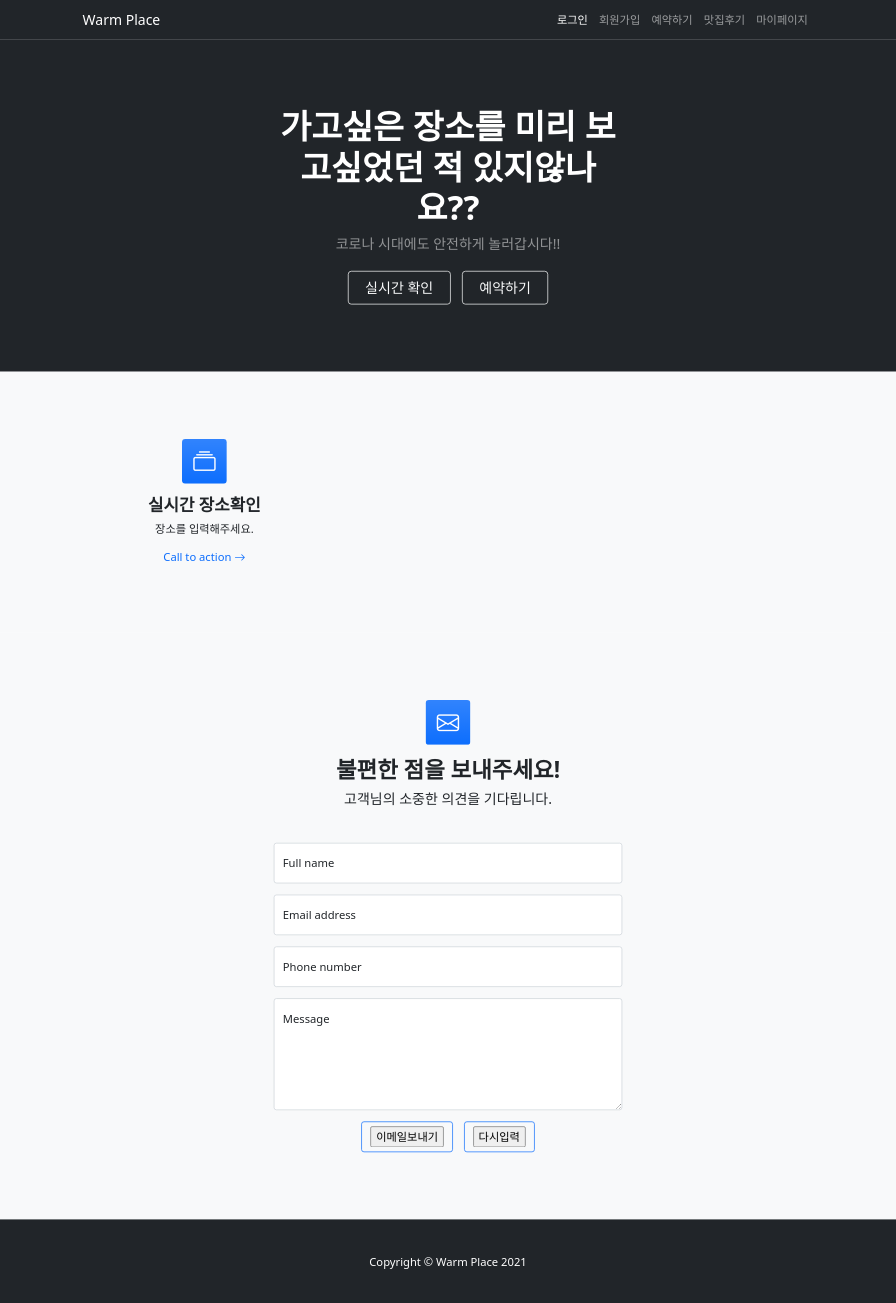
Repository: jaunnnngs/HackaTone
Page: http://localhost/StunProjects/St_Join/main.jsp
These files come from the project's save history. The page is drawn as it stood at one moment and after the next save; the edit follows.
The browser window is 1280 px wide. The pictures show the whole page, at 70% of full size.
Some web libraries are served in a nearby version. The page is served by Tomcat 9. Other server files are loaded and not shown.

Above is the page before, as saved 2021-08-05 08:29:49.

### STUN_TEAM/StunProjects/src/main/webapp/St_Join/main.jsp
<%@ page language="java" contentType="text/html; charset=UTF-8" pageEncoding="UTF-8"%>
<!DOCTYPE html>
<html>
    <head>
        <meta charset="utf-8" />
        <meta name="viewport" content="width=device-width, initial-scale=1, shrink-to-fit=no" />
        <meta name="description" content="" />
        <meta name="author" content="" />
        <title>Warm Place_main</title>
        <!-- Favicon-->
        <link rel="icon" type="image/x-icon" href="assets/favicon.ico" />
        <!-- Bootstrap icons-->
        <link href="https://cdn.jsdelivr.net/npm/bootstrap-icons@1.4.1/font/bootstrap-icons.css" rel="stylesheet" />
        <!-- Core theme CSS (includes Bootstrap)-->
        <link href="css/styles.css" rel="stylesheet" />
    </head>
    <body>
   <%
	// 현재 세션 상태를 체크한다
	String userID = null;
	if (session.getAttribute("userID") != null) {
		userID = (String) session.getAttribute("userID");
	}
	%>

        <!-- Responsive navbar-->
        <nav class="navbar navbar-expand-lg navbar-dark bg-dark">
            <div class="container px-5">
                <a class="navbar-brand" href="../St_Join/main.jsp">Warm Place</a>
                <button class="navbar-toggler" type="button" data-bs-toggle="collapse" data-bs-target="#navbarSupportedContent" aria-controls="navbarSupportedContent" aria-expanded="false" aria-label="Toggle navigation"><span class="navbar-toggler-icon"></span></button>
                 <div class="collapse navbar-collapse" id="navbarSupportedContent">
                 <%
					// 로그인 하지 않았을 때 보여지는 화면
					if(userID == null){
				%>
                    <ul class="navbar-nav ms-auto mb-2 mb-lg-0">
                        <li class="nav-item"><a class="nav-link active" aria-current="page" href="../St_board/login.jsp">로그인</a></li>
                        <li class="nav-item"><a class="nav-link" href="../St_Join/st_userJoin.jsp">회원가입</a></li>
                        <li class="nav-item"><a class="nav-link" href="../St_Reservation/map.jsp">예약하기</a></li>
                        <li class="nav-item"><a class="nav-link" href="../St_board/bbs.jsp">맛집후기</a></li>
                        <li class="nav-item"><a class="nav-link" href="#!">마이페이지</a></li>
                    </ul>
				<%
				// 로그인이 되어 있는 상태에서 보여주는 화면
					}else{
				%>
                    <ul class="navbar-nav ms-auto mb-2 mb-lg-0">
                        <li class="nav-item"><a class="nav-link active" aria-current="page" href="../St_board/logoutAction.jsp">로그아웃</a></li>
                        <li class="nav-item"><a class="nav-link" href="../St_Join/st_userJoin.jsp">회원가입</a></li>
                        <li class="nav-item"><a class="nav-link" href="../St_Reservation/map.jsp">예약하기</a></li>
                        <li class="nav-item"><a class="nav-link" href="../St_board/bbs.jsp">맛집후기</a></li>
                        <li class="nav-item"><a class="nav-link" href="#!">마이페이지</a></li>
                    </ul>
                    <%
				}
			%>
                </div>
            </div>
        </nav>

	    <!-- Header-->
        <header class="bg-dark py-5">
            <div class="container px-5">
                <div class="row gx-5 justify-content-center">
                    <div class="col-lg-6">
                        <div class="text-center my-5">
                            <h1 class="display-5 fw-bolder text-white mb-2">가고싶은 장소를 미리 보고싶었던 적 있지않나요??</h1>
                            <p class="lead text-white-50 mb-4">코로나 시대에도 안전하게 놀러갑시다!!</p>
                            <div class="d-grid gap-3 d-sm-flex justify-content-sm-center">
                                <a class="btn btn-outline-light btn-lg px-4" href="#features">실시간 확인</a>
                                <a class="btn btn-outline-light btn-lg px-4" href="../St_Reservation/map.jsp">예약하기</a>
                            </div>
                        </div>
                    </div>
                </div>
            </div>
        </header>
        <!-- Features section-->
        <section class="bg-light py-5 center" id="features">
            <div class="container px-5 my-5 px-5">
                <div class="text-center mb-5">
                    <div class="col-lg-4 mb-5 mb-lg-0">
                        <div class="feature bg-primary bg-gradient text-white rounded-3 mb-3"><i class="bi bi-collection"></i></div>
                        <h2 class="h4 fw-bolder">실시간 장소확인</h2>
                        <p>장소를 입력해주세요.</p>
                        <a class="text-decoration-none" href="#!">
                            Call to action
                            <i class="bi bi-arrow-right"></i>
                        </a>
                    </div>

                </div>
            </div>
        </section>


        <!-- Contact section-->
        <section class="bg-light py-5">
            <div class="container px-5 my-5 px-5">
                <div class="text-center mb-5">
                    <div class="feature bg-primary bg-gradient text-white rounded-3 mb-3"><i class="bi bi-envelope"></i></div>
                    <h2 class="fw-bolder">불편한 점을 보내주세요!</h2>
                    <p class="lead mb-0">고객님의 소중한 의견을 기다립니다.</p>
                </div>
                <div class="row gx-5 justify-content-center">
                    <div class="col-lg-6">
                        <!-- * * * * * * * * * * * * * * *-->
                        <!-- * * SB Forms Contact Form * *-->
                        <!-- * * * * * * * * * * * * * * *-->
                        <!-- This form is pre-integrated with SB Forms.-->
                        <!-- To make this form functional, sign up at-->
                        <!-- https://startbootstrap.com/solution/contact-forms-->
                        <!-- to get an API token!-->

                            <form action="./main_mailaction.jsp"method="post" id="contactForm" data-sb-form-api-token="API_TOKEN">

                            <!-- Name input-->
                            <div class="form-floating mb-3">
                                <input class="form-control" id="name" type="text" placeholder="Enter your name..." data-sb-validations="required" />
                                <label for="name">Full name</label>
                                <div class="invalid-feedback" data-sb-feedback="name:required">A name is required.</div>
                            </div>
                            <!-- Email address input-->
                            <div class="form-floating mb-3">
                                <input class="form-control" id="email" type="email" placeholder="name@example.com" data-sb-validations="required,email" />
                                <label for="email">Email address</label>
                                <div class="invalid-feedback" data-sb-feedback="email:required">An email is required.</div>
                                <div class="invalid-feedback" data-sb-feedback="email:email">Email is not valid.</div>
                            </div>
                            <!-- Phone number input-->
                            <div class="form-floating mb-3">
                                <input class="form-control" id="phone" type="tel" placeholder="(123) 456-7890" data-sb-validations="required" />
                                <label for="phone">Phone number</label>
                                <div class="invalid-feedback" data-sb-feedback="phone:required">A phone number is required.</div>
                            </div>
                            <!-- Message input-->
                            <div class="form-floating mb-3">
                                <textarea class="form-control" id="message" type="text" placeholder="Enter your message here..." style="height: 10rem" data-sb-validations="required"></textarea>
                                <label for="message">Message</label>
                                <div class="invalid-feedback" data-sb-feedback="message:required">A message is required.</div>
                            </div>
                            <!-- 제출 성공시 뜨는 메세지-->
                            <!---->
                            <!-- This is what your users will see when the form-->
                            <!-- has successfully submitted-->
                            <div class="d-none" id="submitSuccessMessage">
                                <div class="text-center mb-3">
                                    <div class="fw-bolder">Form submission successful!</div>
                                    To activate this form, sign up at
                                    <br />
                                    <a href="https://startbootstrap.com/solution/contact-forms">https://startbootstrap.com/solution/contact-forms</a>
                                </div>
                            </div>
                            <!-- 제출 에러 메세지-->
                            <!---->
                            <!-- This is what your users will see when there is-->
                            <!-- an error submitting the form-->
                            <div class="d-none" id="submitErrorMessage"><div class="text-center text-danger mb-3">Error sending message!</div></div>
                            <!--마지막 버튼!  -->
                            <div class="d-grid gap-3 d-sm-flex justify-content-sm-center">
							<a class="btn btn-outline-primary"><input type="submit" value="이메일보내기"></a>
							<a class="btn btn-outline-primary"><input type="reset" value="다시입력"></a></div>
							</form>
                    </div>
                </div>
            </div>
        </section>
        <!-- Footer-->
        <footer class="py-5 bg-dark">
            <div class="container px-5"><p class="m-0 text-center text-white">Copyright &copy; Warm Place 2021</p></div>
        </footer>
        <!-- Bootstrap core JS-->
        <script src="https://cdn.jsdelivr.net/npm/bootstrap@5.0.2/dist/js/bootstrap.bundle.min.js"></script>
        <!-- Core theme JS-->
        <script src="js/scripts.js"></script>
        <!-- * * * * * * * * * * * * * * * * * * * * * * * * * * * * * * * * * * * * * * * *-->
        <!-- * *                               SB Forms JS                               * *-->
        <!-- * * Activate your form at https://startbootstrap.com/solution/contact-forms * *-->
        <!-- * * * * * * * * * * * * * * * * * * * * * * * * * * * * * * * * * * * * * * * *-->
        <script src="https://cdn.startbootstrap.com/sb-forms-latest.js"></script>
    </body>
</html>

### STUN_TEAM/StunProjects/src/main/webapp/St_Join/js/scripts.js
/*!
* Start Bootstrap - Business Frontpage v5.0.3 (https://startbootstrap.com/template/business-frontpage)
* Copyright 2013-2021 Start Bootstrap
* Licensed under MIT (https://github.com/StartBootstrap/startbootstrap-business-frontpage/blob/master/LICENSE)
*/
// This file is intentionally blank
// Use this file to add JavaScript to your project

Loaded but not shown: STUN_TEAM/StunProjects/src/main/webapp/St_Join/css/styles.css (library)

After the next save:
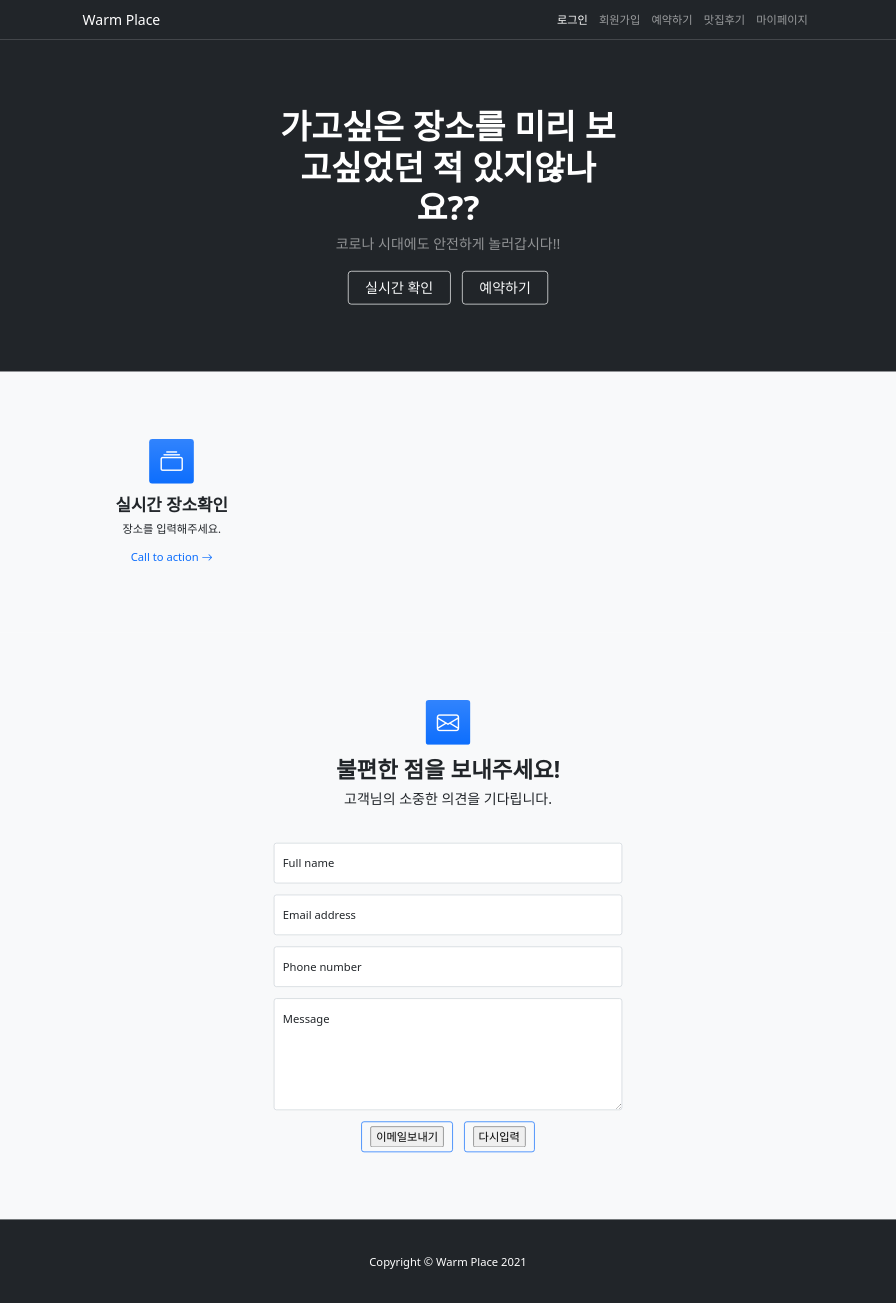
Saved 21 s later.
--- a/STUN_TEAM/StunProjects/src/main/webapp/St_Join/main.jsp
+++ b/STUN_TEAM/StunProjects/src/main/webapp/St_Join/main.jsp
@@ -76,8 +76,8 @@
             </div>
         </header>
         <!-- Features section-->
-        <section class="bg-light py-5 center" id="features">
-            <div class="container px-5 my-5 px-5">
+        <section class="bg-light py-5" id="features">
+            <div class="container-center px-5 my-5 px-5">
                 <div class="text-center mb-5">
                     <div class="col-lg-4 mb-5 mb-lg-0">
                         <div class="feature bg-primary bg-gradient text-white rounded-3 mb-3"><i class="bi bi-collection"></i></div>

After the save that followed:
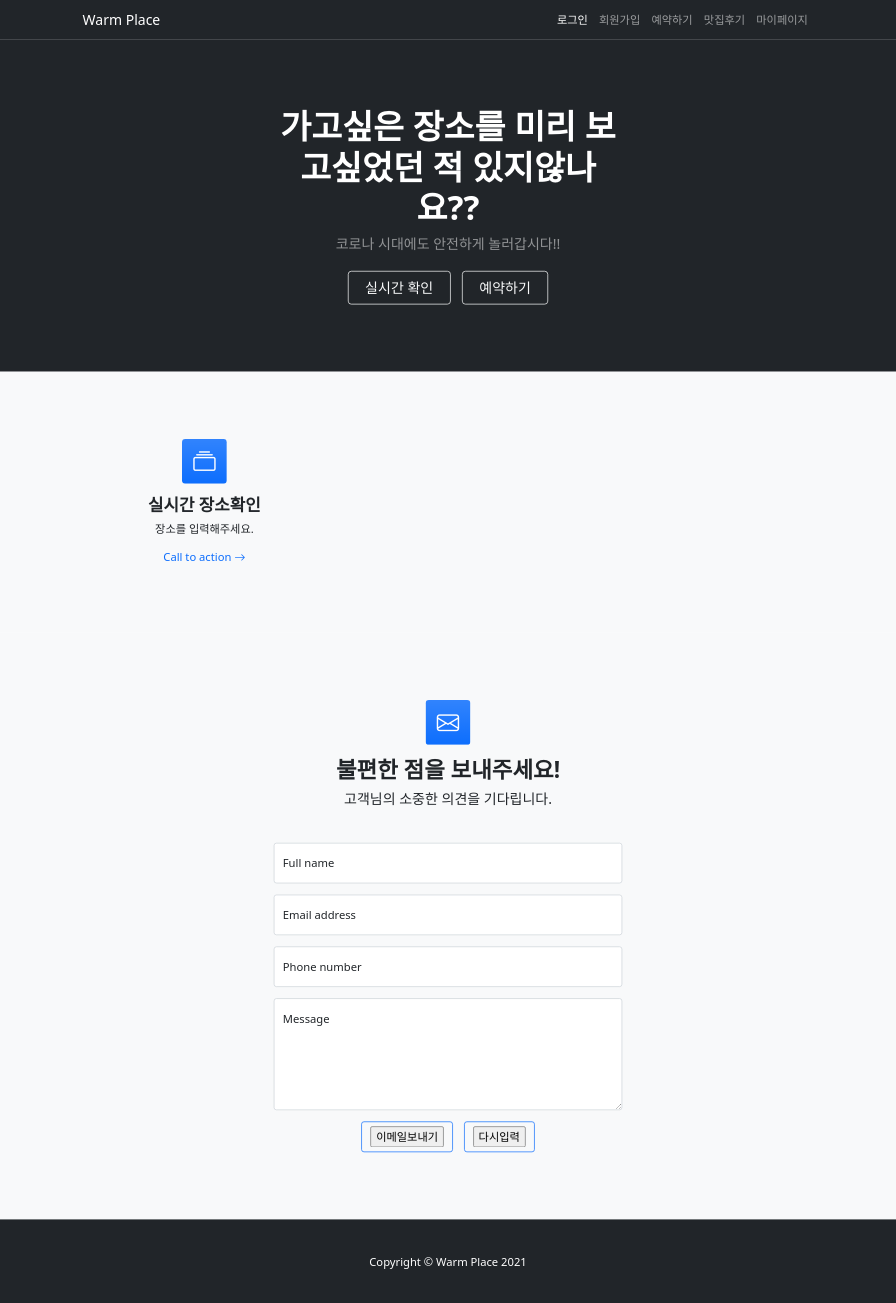
Saved 8 s later.
--- a/STUN_TEAM/StunProjects/src/main/webapp/St_Join/main.jsp
+++ b/STUN_TEAM/StunProjects/src/main/webapp/St_Join/main.jsp
@@ -77,7 +77,7 @@
         </header>
         <!-- Features section-->
         <section class="bg-light py-5" id="features">
-            <div class="container-center px-5 my-5 px-5">
+            <div class="container px-5 my-5 px-5">
                 <div class="text-center mb-5">
                     <div class="col-lg-4 mb-5 mb-lg-0">
                         <div class="feature bg-primary bg-gradient text-white rounded-3 mb-3"><i class="bi bi-collection"></i></div>
